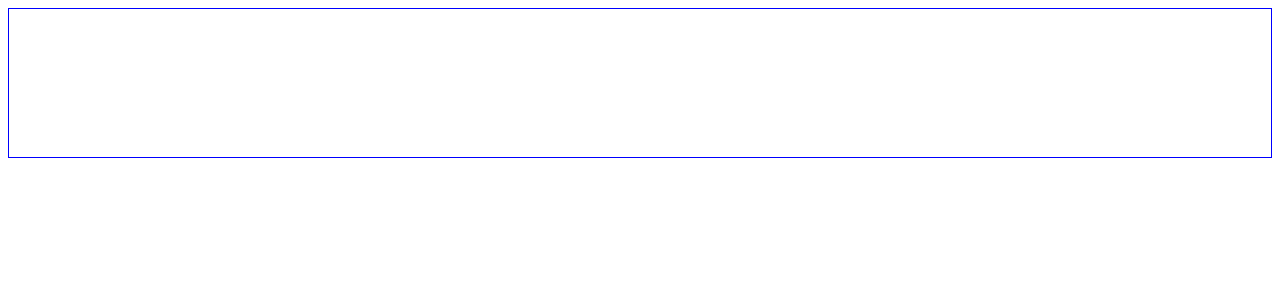
Repository: TheTroyPhillips/Personal-website
Page: index.html
The author's editor kept a copy of each file at every save. The page is drawn from the files as they stood at one save, then again after the next save.
The browser window is 1280 px wide. The pictures show the whole page.

Above is the page before, as saved 2023-09-10 22:05:34.

### index.html
<!DOCTYPE html>
<html lang="en">
<head>
    <meta charset="UTF-8">
    <meta name="viewport" content="width=device-width, initial-scale=1.0">
    <title>Document</title>
    <link rel="stylesheet" href="style.css">
</head>
<body>

    <div class="parent">
        <div class="child"></div>

    </div>

</body>
</html>

### style.css
.child{
    width: 100%;
    height: 150px;
    border: 1px solid blue;
    display: inline-block;
    box-sizing: border-box;
}

After the next save:
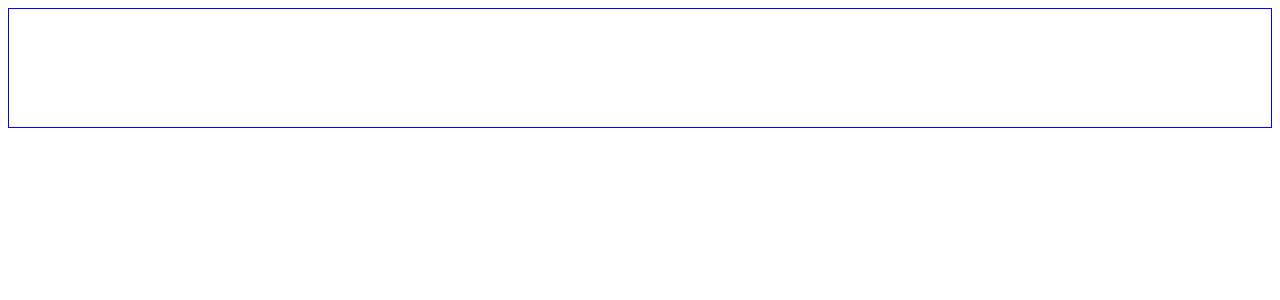
Saved 7 s later.
--- a/style.css
+++ b/style.css
@@ -1,6 +1,6 @@
 .child{
     width: 100%;
-    height: 150px;
+    height: 120px;
     border: 1px solid blue;
     display: inline-block;
     box-sizing: border-box;
